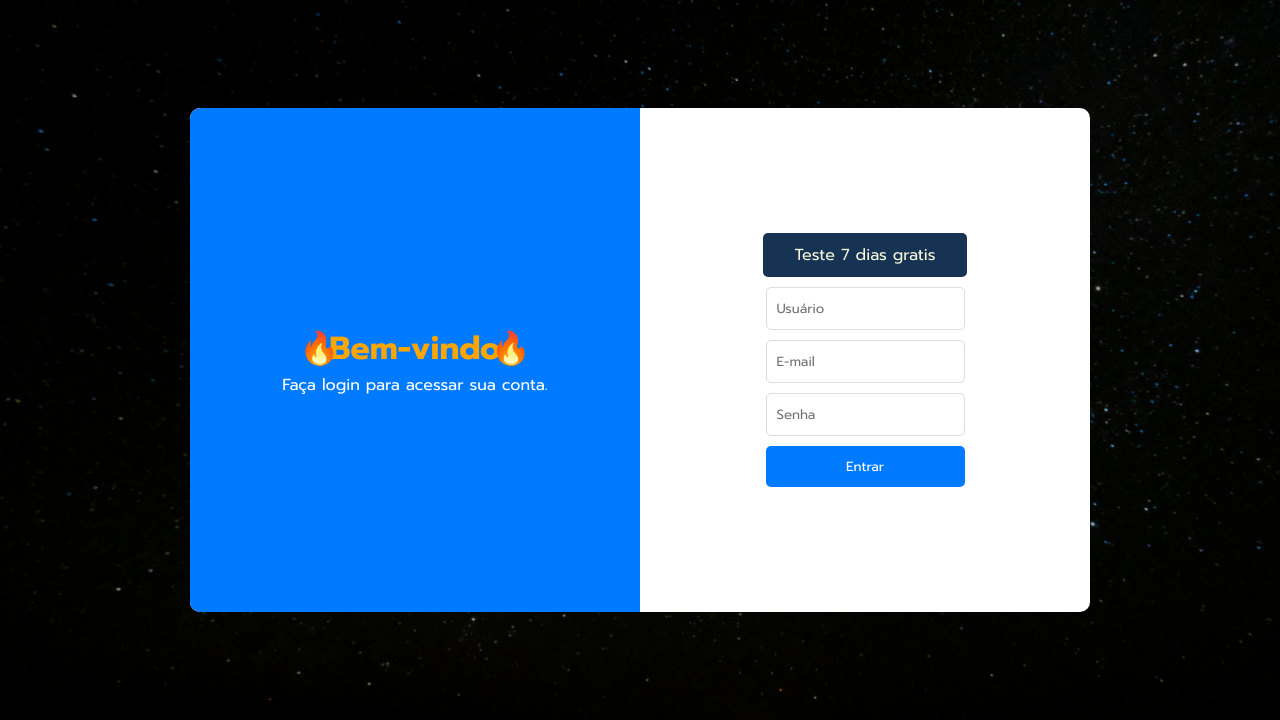
Repository: joao-paulo-paiva/tela-login
Page: index.html
The author's editor kept a copy of each file at every save. The page is drawn from the files as they stood at one save, then again after a run of saves.
The browser window is 1280 px wide. The pictures show the whole page.

Above is the page before, as saved 2025-04-16 09:14:57.

After the next 3 saves:
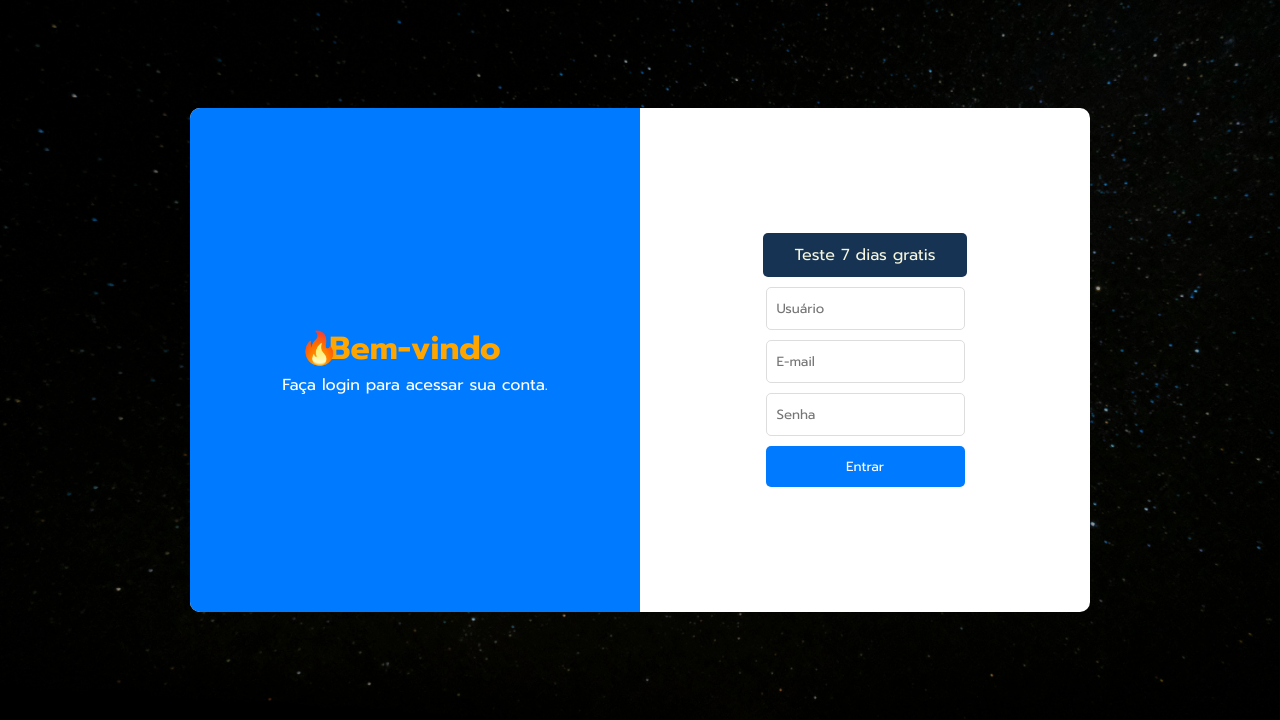
The 3 saves are shown as one change because they came seconds apart.
The last was saved 8 min 24 s later.
--- a/style.css
+++ b/style.css
@@ -37,7 +37,7 @@
     left: -30px;
 }
 
-h1::after {
+h1::before {
     content: "🔥";
     position: absolute;
     right: -30px;

After the 2 saves that followed:
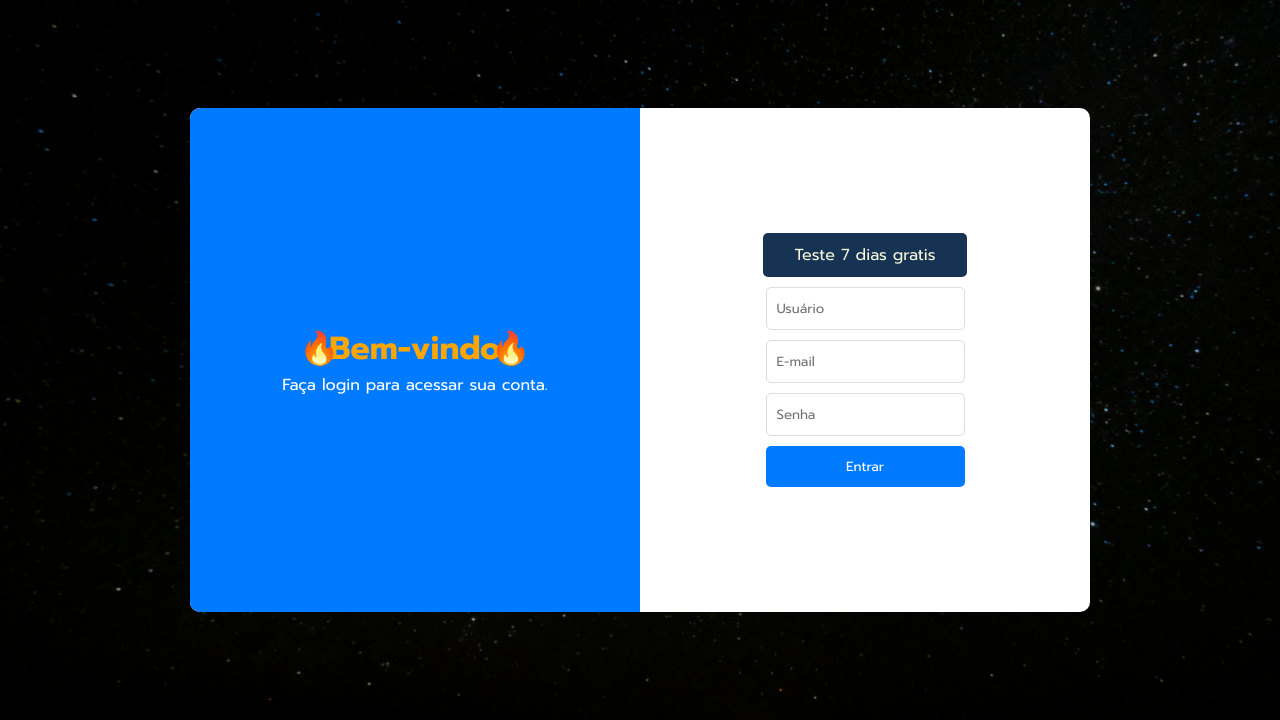
The 2 saves are shown as one change because they came seconds apart.
The last was saved 12 s later.
--- a/style.css
+++ b/style.css
@@ -37,7 +37,7 @@
     left: -30px;
 }
 
-h1::before {
+h1::after {
     content: "🔥";
     position: absolute;
     right: -30px;
